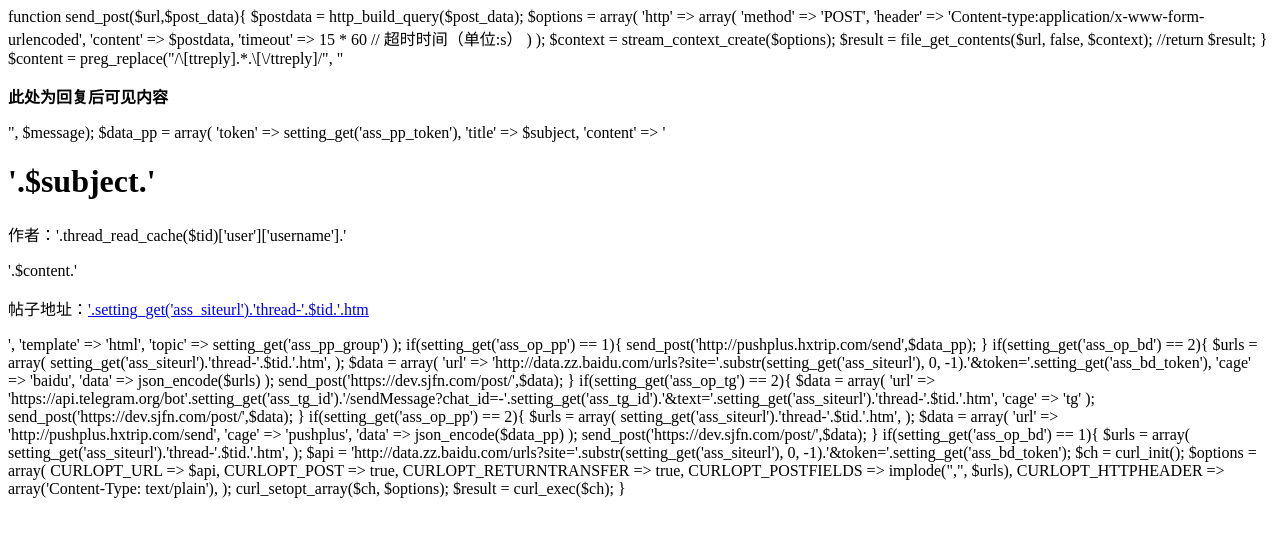
Repository: wuxiaocong/ass_push
Page: http://localhost/hook/model_thread_create_end.php
These files come from the project's save history. The page is drawn as it stood at one moment and after the next save; the edit follows.
The browser window is 1280 px wide. The pictures show the whole page.
The page is run by PHP 8.4 with error messages shown; the project is at /var/www/html/.

Above is the page before, as saved 2021-07-17 23:48:56.

### hook/model_thread_create_end.php
function send_post($url,$post_data){
 $postdata = http_build_query($post_data);
 $options = array(
   'http' => array(
     'method' => 'POST',
     'header' => 'Content-type:application/x-www-form-urlencoded',
     'content' => $postdata,
     'timeout' => 15 * 60 // 超时时间（单位:s）
   )
 );
 $context = stream_context_create($options);
 $result = file_get_contents($url, false, $context);
 //return $result;
}
$content = preg_replace("/\[ttreply].*.\[\/ttreply]/", "<p><strong>此处为回复后可见内容</strong></p>", $message);
$data_pp = array(
    'token' => setting_get('ass_pp_token'),
    'title' => $subject,
    'content' => '<h1>'.$subject.'</h1><p>作者：'.thread_read_cache($tid)['user']['username'].'</p>'.$content.'<p>帖子地址：<a href="'.setting_get('ass_siteurl').'thread-'.$tid.'.htm">'.setting_get('ass_siteurl').'thread-'.$tid.'.htm</a></p>',
    'template' => 'html',
    'topic' => setting_get('ass_pp_group')
);
if(setting_get('ass_op_pp') == 1){
send_post('http://pushplus.hxtrip.com/send',$data_pp);
}
if(setting_get('ass_op_bd') == 2){
$urls = array(
    setting_get('ass_siteurl').'thread-'.$tid.'.htm',
);
$data = array(
  'url' => 'http://data.zz.baidu.com/urls?site='.substr(setting_get('ass_siteurl'), 0, -1).'&token='.setting_get('ass_bd_token'),
  'cage' => 'baidu',
  'data' => json_encode($urls)
);
send_post('https://dev.sjfn.com/post/',$data);
}
if(setting_get('ass_op_tg') == 2){
$data = array(
  'url' => 'https://api.telegram.org/bot'.setting_get('ass_tg_id').'/sendMessage?chat_id=-'.setting_get('ass_tg_id').'&text='.setting_get('ass_siteurl').'thread-'.$tid.'.htm',
  'cage' => 'tg'
);
send_post('https://dev.sjfn.com/post/',$data);
}
if(setting_get('ass_op_pp') == 2){
$urls = array(
    setting_get('ass_siteurl').'thread-'.$tid.'.htm',
);
$data = array(
  'url' => 'http://pushplus.hxtrip.com/send',
  'cage' => 'pushplus',
  'data' => json_encode($data_pp)
);
send_post('https://dev.sjfn.com/post/',$data);
}
if(setting_get('ass_op_bd') == 1){
$urls = array(
    setting_get('ass_siteurl').'thread-'.$tid.'.htm',
);
$api = 'http://data.zz.baidu.com/urls?site='.substr(setting_get('ass_siteurl'), 0, -1).'&token='.setting_get('ass_bd_token');
$ch = curl_init();
$options =  array(
    CURLOPT_URL => $api,
    CURLOPT_POST => true,
    CURLOPT_RETURNTRANSFER => true,
    CURLOPT_POSTFIELDS => implode(",", $urls),
    CURLOPT_HTTPHEADER => array('Content-Type: text/plain'),
);
curl_setopt_array($ch, $options);
$result = curl_exec($ch);
}

After the next save:
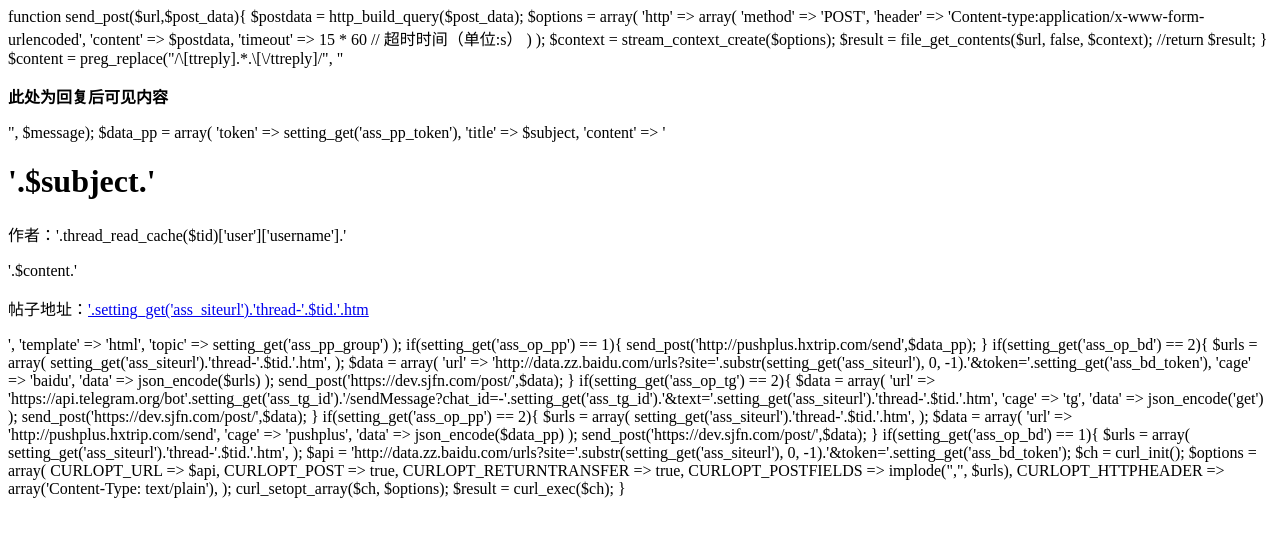
Saved 2 min 57 s later.
--- a/hook/model_thread_create_end.php
+++ b/hook/model_thread_create_end.php
@@ -37,7 +37,8 @@ send_post('https://dev.sjfn.com/post/',$data);
 if(setting_get('ass_op_tg') == 2){
 $data = array(
   'url' => 'https://api.telegram.org/bot'.setting_get('ass_tg_id').'/sendMessage?chat_id=-'.setting_get('ass_tg_id').'&text='.setting_get('ass_siteurl').'thread-'.$tid.'.htm',
-  'cage' => 'tg'
+  'cage' => 'tg',
+  'data' => json_encode('get')
 );
 send_post('https://dev.sjfn.com/post/',$data);
 }
